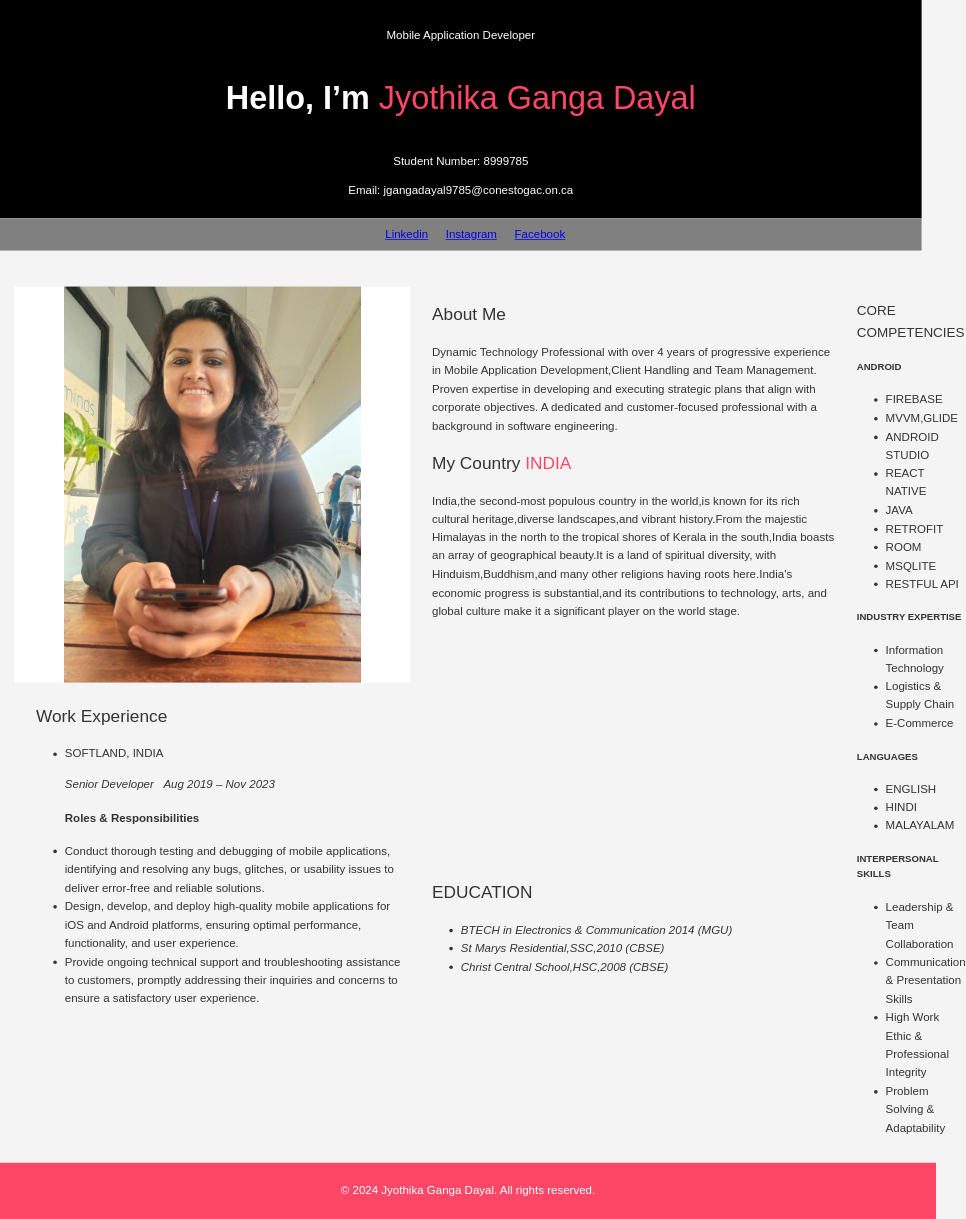
Repository: jyothika123/portfolio
Page: index.html
An editor plug-in stored every save of this project. The page is shown before and after the next save, followed by the edit.
The browser window is 1280 px wide. The page is 1341 px wide, so the pictures cover 1341 px, including what lies to the right of the window. The pictures show the whole page, at 72% of full size.
Pictures or frames that could not be fetched are drawn as grey boxes. Some web fonts or font styles are not loaded; a fallback is used.

Above is the page before, as saved 2024-09-22 21:24:45.

After the next save:
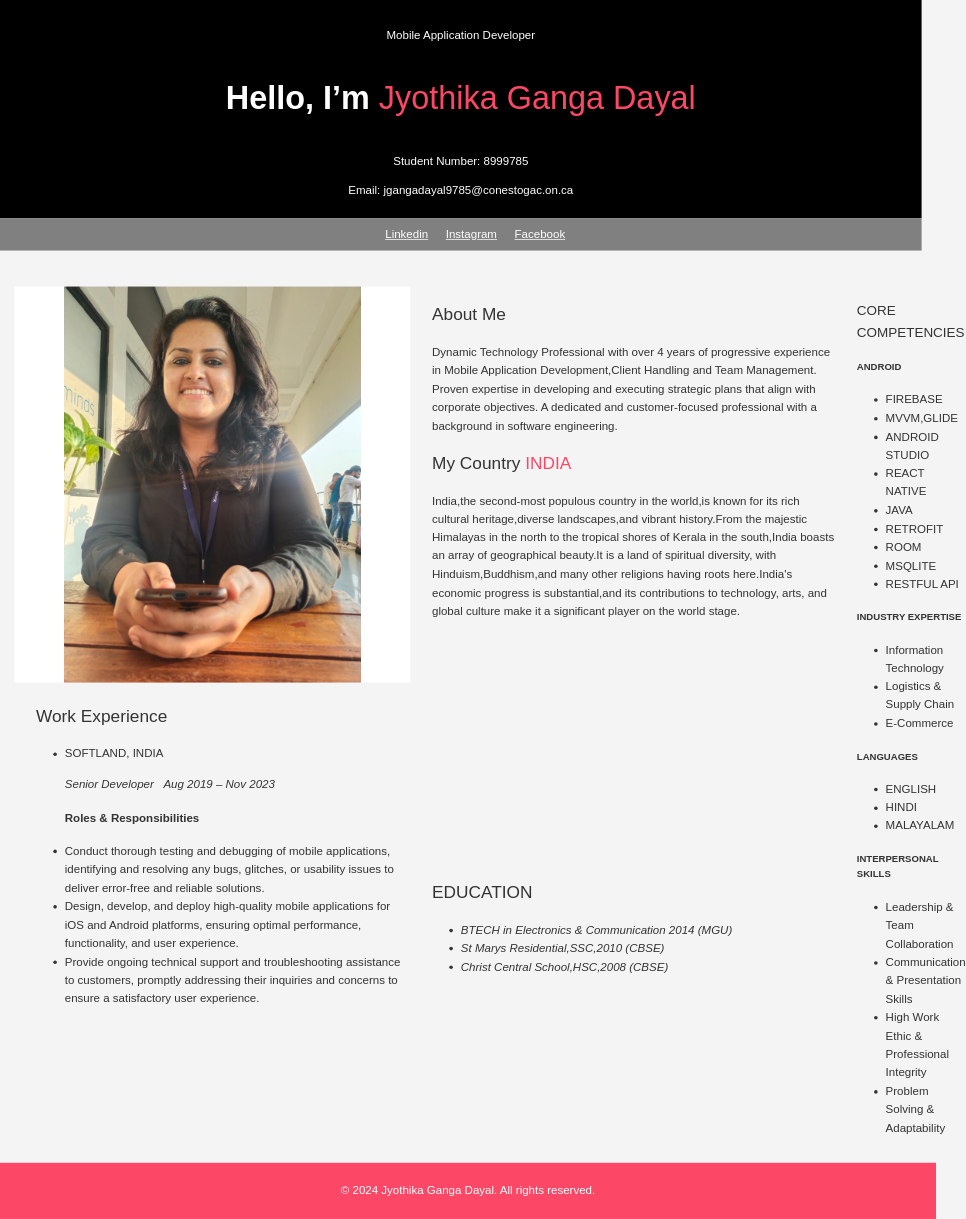
Saved 65 s later.
--- a/css/style.css
+++ b/css/style.css
@@ -90,6 +90,8 @@ footer {
     list-style-type: none;
     display: inline-block;
     padding: 10px;
+  }
+  nav a{
     color: white;
   }
   nav{
